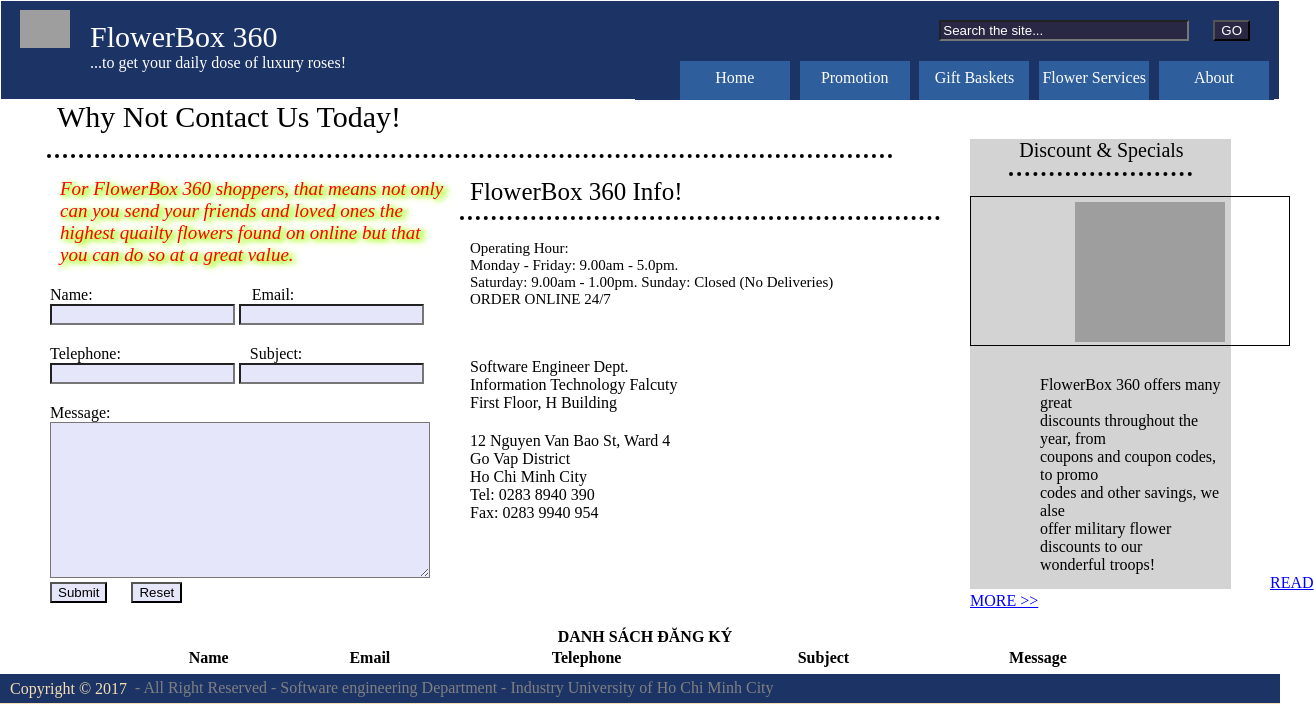
Repository: G1tHub-zer0/BTTH
Page: KT/index.html
These files come from the project's save history. The page is drawn as it stood at one moment and after the next save; the edit follows.
The browser window is 1280 px wide. The page is 1314 px wide, so the pictures cover 1314 px, including what lies to the right of the window. The pictures show the whole page.
Pictures or frames that could not be fetched are drawn as grey boxes.

Above is the page before, as saved 2024-04-12 14:21:20.

After the next save:
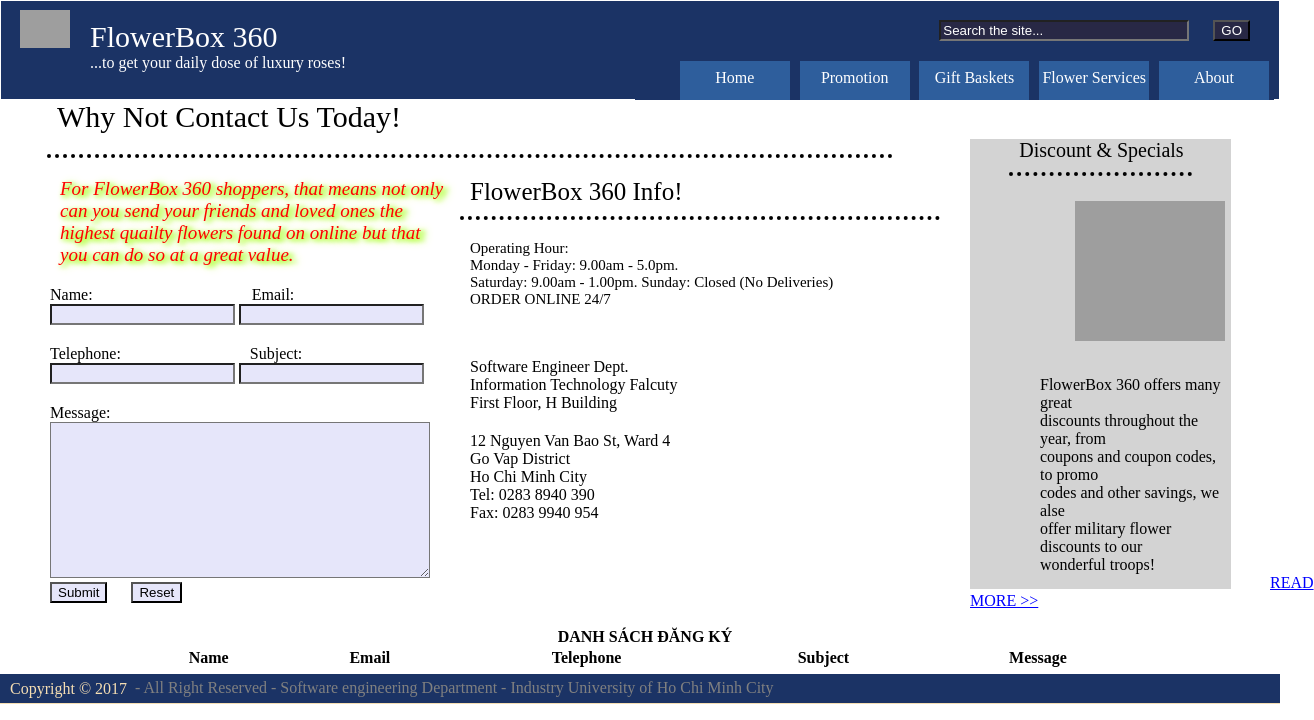
Saved 25 s later.
--- a/KT/app.css
+++ b/KT/app.css
@@ -181,7 +181,7 @@ section .image {
   position: relative;
   width: 320px;
   height: 150px;
-  border: 1px solid;
+  /* border: 1px solid; */
   margin-top: 20px;
   text-align: center;
 }
